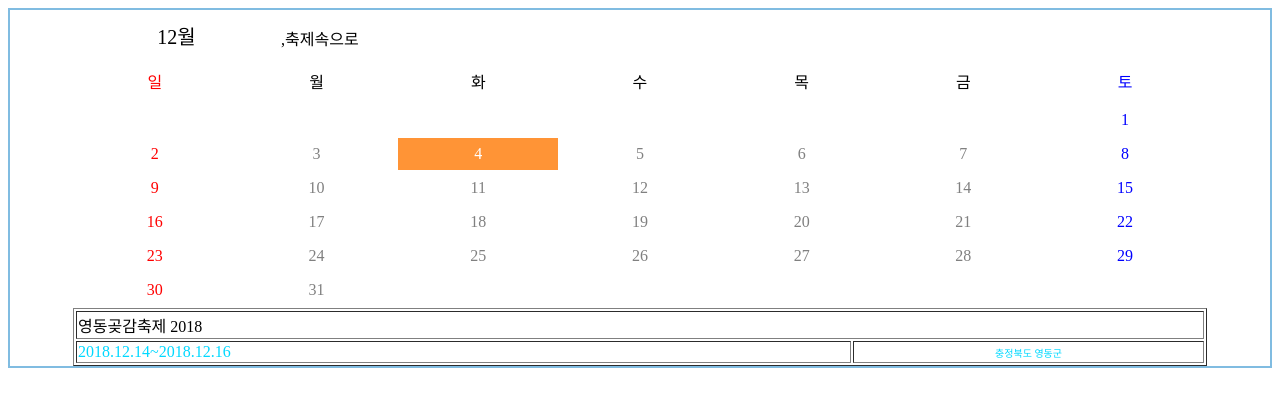
Repository: jih3508/Webproject_Rest
Page: http://localhost/comma1004/include/sideCalendar.jsp
The author's editor kept a copy of each file at every save. The page is drawn from the files as they stood at one save, then again after the next save.
The browser window is 1280 px wide. The pictures show the whole page.
The page is served by Tomcat 9. Nobody is signed in. The application's start-up code is not run. Other server files are loaded and not shown.

Above is the page before, as saved 2018-12-04 11:45:26.

### comma1004/src/main/webapp/include/sideCalendar.jsp
<%@ page language="java" contentType="text/html; charset=UTF-8"
    pageEncoding="UTF-8"%>
    <%@ page import="java.util.Calendar" %>
 <%
 Calendar cal = Calendar.getInstance();

 int y = 0;
 int m = 0;
 int day =0; //오늘 날짜 출력

	 y = cal.get(Calendar.YEAR);
	 m = cal.get(Calendar.MONTH);
	 day = cal.get(Calendar.DATE);

 cal.set(y,m,1);  // 출력 월의  1일날로 세팅 ( 1일날의 요일을 얻기 위해)

 int dayOfWeek = cal.get(Calendar.DAY_OF_WEEK);       // 1일날의 요일
 int lastDay = cal.getActualMaximum(Calendar.DATE);   // 마지막 날짜
%>

<!DOCTYPE html PUBLIC "-//W3C//DTD HTML 4.01 Transitional//EN" "http://www.w3.org/TR/html4/loose.dtd">
<html>
<head>
<meta http-equiv="Content-Type" content="text/html; charset=UTF-8">
<title>Insert title here</title>
</head>
<body>
<style>
	.calendar{
		overflow:hidden;
		border:2px solid #80BCE1;
		text-align:center;
	}
	.calendar table{
		width:90%;
	}
</style>
<div>
<div class="calendar" >
   <table border="0" align="center" style="margin-top:8px;" >
   <colgroup>
			<col width="18%"/>
			<col width="82%"/>

	</colgroup>
   <tr>
   	   	<td style="font-size:20px; witdh:5%;"><%=m+1 %>월</td><td style="vertical-align:bottom; text-align:left; "> ,축제속으로</td>
   </tr>
   </table>
<table border="0" align="center" width="10%;" height="250px" style="margin-top:5px;">
<tr>
<td style="color:red; ">일</td><td>월</td><td>화</td><td>수</td><td>목</td><td>금</td><td style="color:blue; ">토</td>
</tr>
<%
 for(int i=1; i<dayOfWeek; i++) {
 %>
       <td></td>
 <%
 }
 for(int d=1; d<=lastDay; d++) {

	 if(dayOfWeek%7 == 0)  {
		 if(d == day){
			%>
			<td style="background-color:#FF9436; color:blue;"><%=d %> </td>
			<%
		 }
		 else{

			 out.print("<td><font color=blue>"+d+"</font></td>");

		 }
	 } else if(dayOfWeek%7 == 1) {
		 if(d==day){
		%>
		<td style="background-color:#FF9436; color:blue;"><%=d %></td>
		<%
		 }
		 else{
		 out.print("<td><font color=red>"+d+"</font></td>");
		 }
	} else {
		if(d == day){
		%>
		<td style="background-color:#FF9436; color:#FFFFFF;"><%=d %></td>
		<%
		}
		else
		{
 	%>
          <td style="color:gray;"><%=d %> </td>
   <%
		}
	 }

	 if(dayOfWeek%7 == 0) {
   %>
    </t><tr>
   <%
     }
     dayOfWeek++;
 }
 %>

    </tr>
</table>
<table align="center" border="1">
	<tr>
		<td colspan="2" align="left">영동곶감축제 2018</td>
	</tr>
	<tr>
		<td style="color:#00D8FF; text-align:left; ">2018.12.14~2018.12.16</td><td style="color:#00D8FF; font-size:10px; ">충정북도 영동군</td>
	</tr>
</table>
</div>
</div>
</body>
</html>

After the next save:
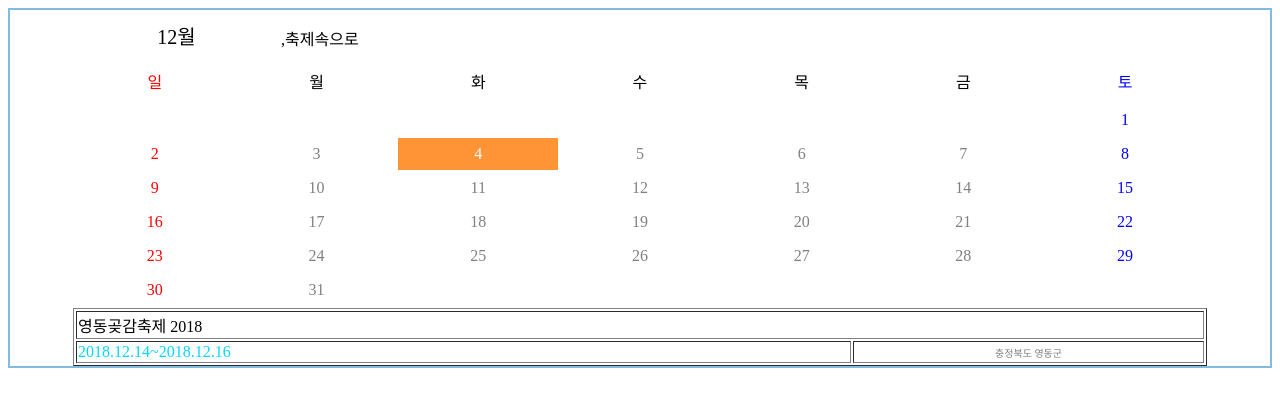
Saved 22 s later.
--- a/comma1004/src/main/webapp/include/sideCalendar.jsp
+++ b/comma1004/src/main/webapp/include/sideCalendar.jsp
@@ -109,7 +109,7 @@
 		<td colspan="2" align="left">영동곶감축제 2018</td>
 	</tr>
 	<tr>
-		<td style="color:#00D8FF; text-align:left; ">2018.12.14~2018.12.16</td><td style="color:#00D8FF; font-size:10px; ">충정북도 영동군</td>
+		<td style="color:#00D8FF; text-align:left; ">2018.12.14~2018.12.16</td><td style="color:gray; font-size:10px; ">충정북도 영동군</td>
 	</tr>
 </table>
 </div>
